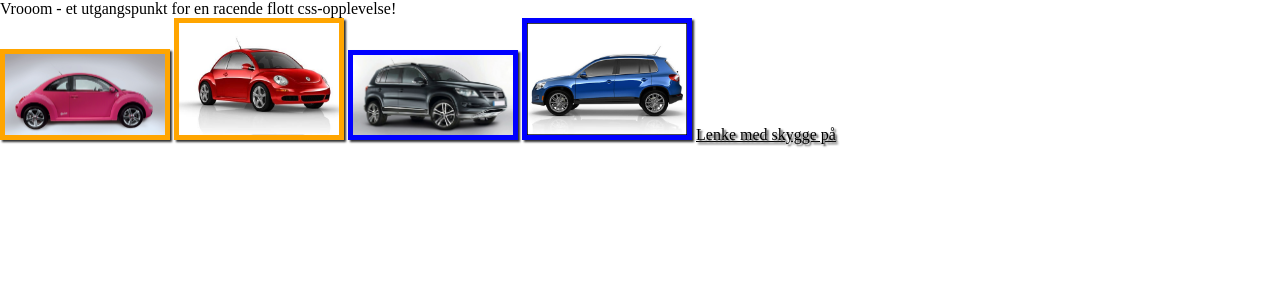
Repository: mesan/css-kurs
Page: kode/wroom/index.html
An editor plug-in stored every save of this project. The page is shown before and after the next save, followed by the edit.
The browser window is 1280 px wide. The pictures show the whole page.

Above is the page before, as saved 2013-01-21 20:23:44.

### kode/wroom/index.html
<!DOCTYPE html>
<html lang="en">
	<head>
		<meta charset="utf-8" />
		<link rel="stylesheet" type="text/css" href="styles/reset.css"/>
		<link rel="stylesheet" type="text/css" href="styles/examples.css"/>

		<!-- Always force latest IE rendering engine (even in intranet) & Chrome Frame
		Remove this if you use the .htaccess -->
		<meta http-equiv="X-UA-Compatible" content="IE=edge,chrome=1" />

		<title>Vrooom!</title>
		<meta name="description" content="" />
		<meta name="viewport" content="width=device-width; initial-scale=1.0" />

	</head>

	<body>
		<div>
			<header>
				<h1>Vrooom - et utgangspunkt for en racende flott css-opplevelse!</h1>
			</header>

			<div>
				<!--fjernes-->
				<img src="images/volkswagen-beetle-pink.jpg" />
				<img src="images/volkswagen-beetle-red.jpg" />
				<img src="images/volkswagen-tiguan-nero.jpg" />
				<img src="images/volkswagen-tiguan.jpg" />

				<a href="#">Lenke med skygge på</a>
			</div>

			<footer>
				<p>

				</p>
			</footer>
		</div>
	</body>
</html>

### kode/wroom/styles/reset.css
@charset "utf-8";
/* --------------------------------------------------------------
-----------------------------------------------------------------

	DEFINITIONS: HTML5 DOCTOR
	AUTHOR:      HTML5 DOCTOR
	VERSION:     2012-02-20

/*  RESET
-----------------------------------------------------------------------------------------------
===============================================================================================*/
/* http://meyerweb.com/eric/tools/css/reset/ */
html,body,div,span,applet,object,iframe,h1,h2,h3,h4,h5,h6,p,blockquote,pre,a,abbr,acronym,address,big,cite,code,del,dfn,em,img,ins,kbd,q,s,samp,small,strike,strong,sub,sup,tt,var,b,u,i,center,dl,dt,dd,ol,ul,li,fieldset,form,label,legend,table,caption,tbody,tfoot,thead,tr,th,td,article,aside,canvas,details,figcaption,figure,footer,header,hgroup,menu,nav,section,summary,time,mark,audio,video{
  margin:0;
  padding:0;
  border:0;
  outline:0;
  font-size:100%;
  font:inherit;
  vertical-align:baseline;
}
/* HTML5 display-role reset for older browsers */
article,aside,details,figcaption,figure,footer,header,hgroup,menu,nav,section{
  display:block;
}
nav ul{
  list-style:none;
}
table{
  border-collapse:collapse;
  border-spacing:0;
}

### kode/wroom/styles/examples.css
/****************
 * Nesting and grouping
 ****************/




/***************
 * CSS3-selectors
 ***************/

/*Velger alle img-elementer på siden hvis src-atributt starter med "images"*/
img[src^="images"]{
	border: 5px solid orange;
}

/*Velger alle img-elementer på siden hvis src-atributt inneholder "tiguan"*/
img[src*="tiguan"]{
    border: 5px solid blue;
}

/*Velger alle img-elementer på siden hvis src-atributt slutter på ".jpg" */
img[src$=".jpg"]{
    width: 10em;

    box-shadow: 2px 2px 2px #2F2F2F;
}

/*Velger alle a-elementer på siden hvis href-atributt inneholder  "#" */
/* text-shadow med verdiene i rekkefølgen:
 ** horisontal plassering (kan også være negativ eller 0)
 ** vertikal plassering (kan også være negativ eller 0)
 ** blur (valgfri)
 ** farge */
a[href*="#"]{
    color: black;
    text-shadow: 2px 2px 2px #2F2F2F;
}

After the next save:
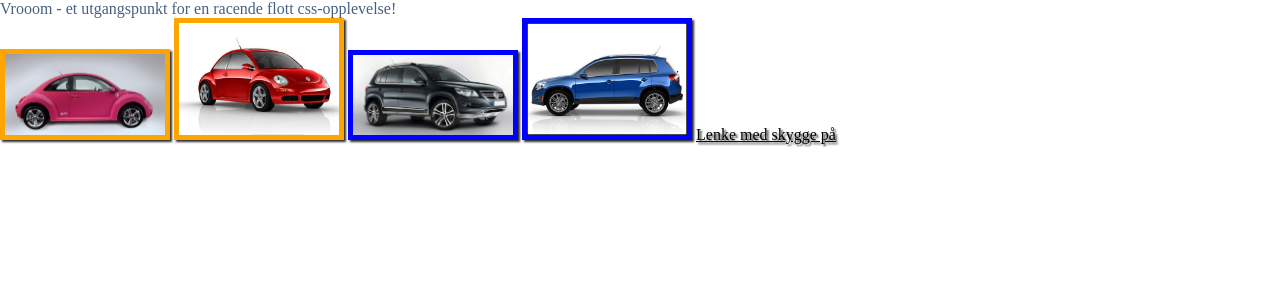
Saved 11 min 38 s later.
--- a/kode/wroom/styles/examples.css
+++ b/kode/wroom/styles/examples.css
@@ -2,7 +2,10 @@
  * Nesting and grouping
  ****************/
 
-
+/*grouping - flere selektorer, samme stil */
+h1, h2, h3{
+    color: #446181;
+}
 
 
 /***************
